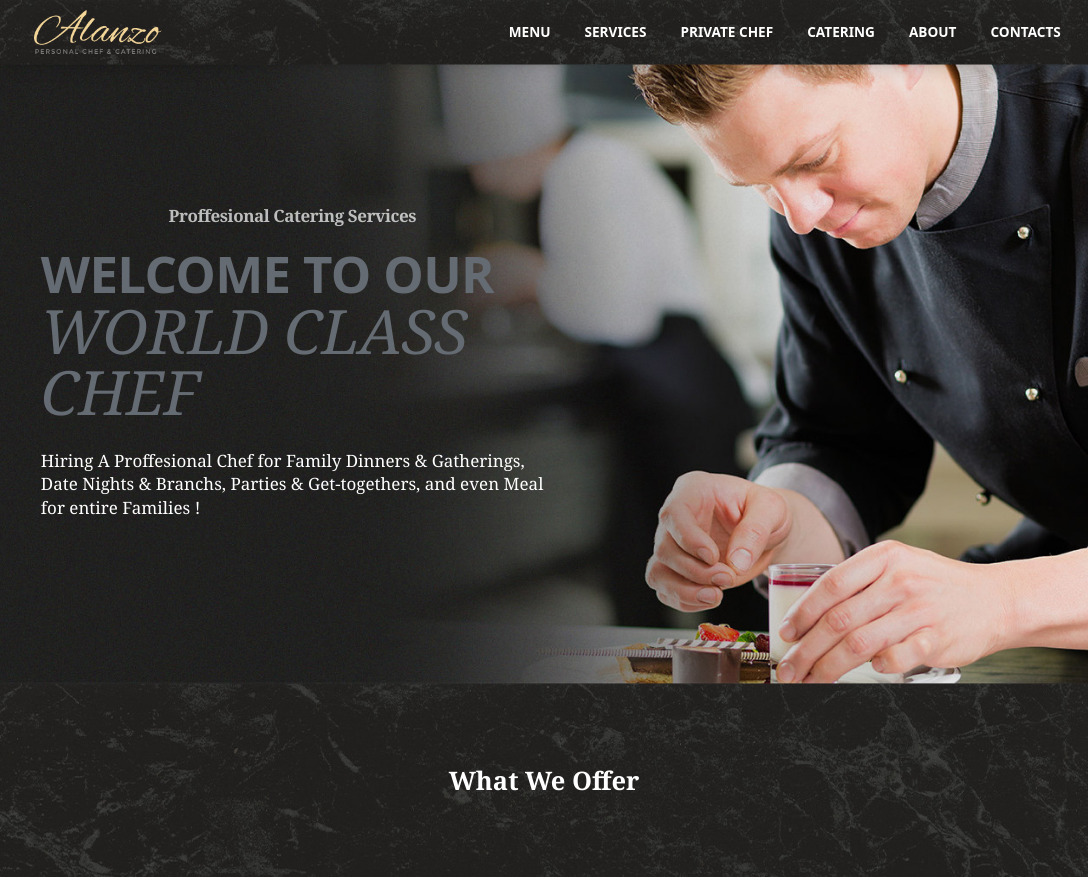
Repository: remydev47/alanzo
Page: /
The author's editor kept a copy of each file at every save. The page is drawn from the files as they stood at one save, then again after the next save.
The browser window is 1280 px wide. The pictures show the whole page, at 85% of full size.
The project was rebuilt for these pictures with package versions that can differ from the ones it lists, and the page was loaded fresh each time. The framework's server and built-in components were replaced by stand-ins that run in the browser. Also part of the build but not shown: next.config.js, components/Aboutus.tsx, components/Consulting.tsx, components/Catering.tsx, components/Menu.tsx, components/Testimonials.tsx, components/CTA.tsx, components/Footer.tsx.

Above is the page before, as saved 2022-12-17 11:59:03.

After the next save:
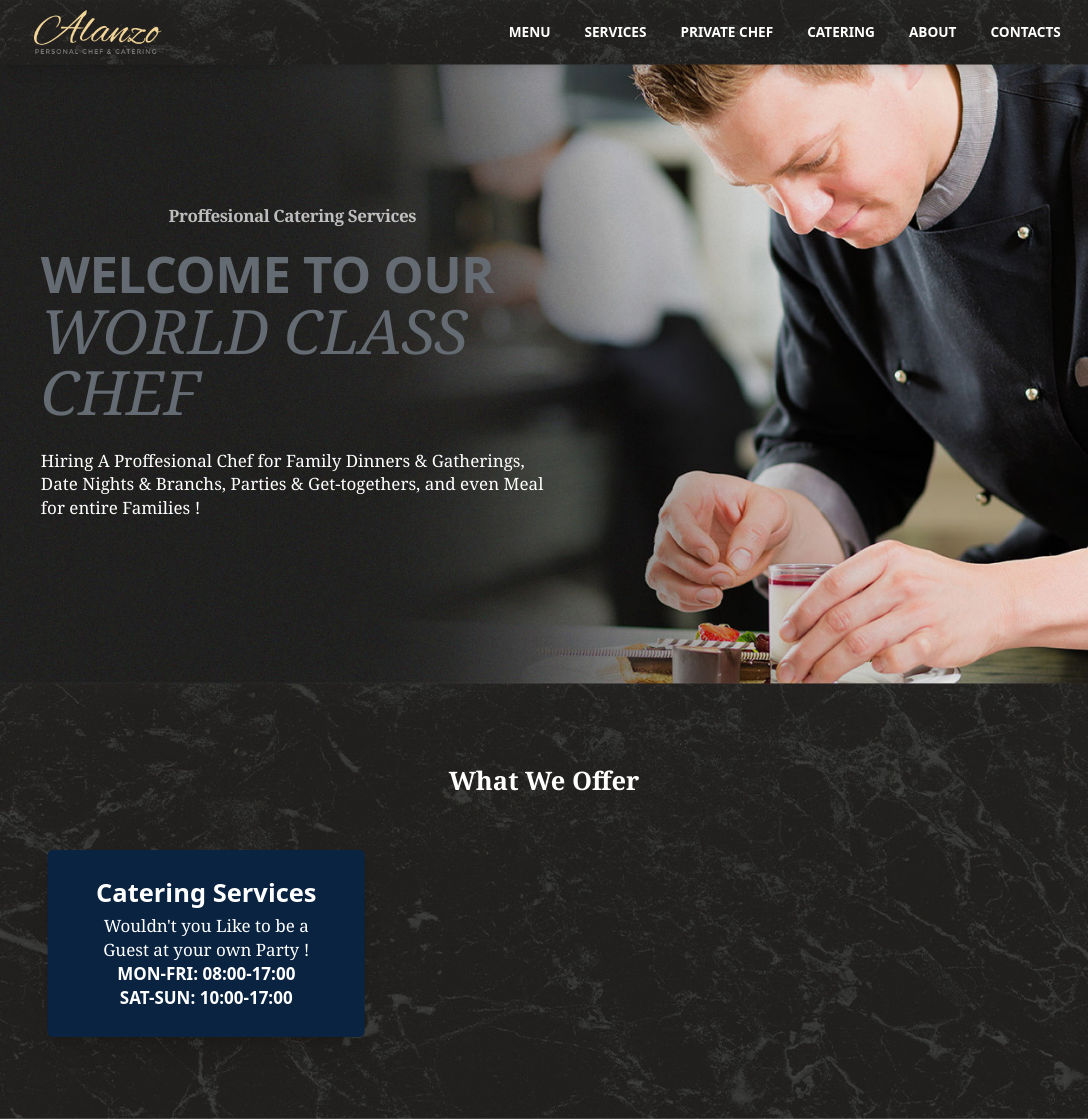
Saved 5 min 3 s later.
--- a/components/Services.tsx
+++ b/components/Services.tsx
@@ -8,6 +8,27 @@
        <div className="max-w-2xl mx-auto text-center">
         <h2 className="text-xl font-bold font-serif leading-tight text-white lg:text-3xl">What We Offer</h2>
        </div>
+
+       <div className="grid max-w-md grid-cols-1 gap-6 mx-auto mt-8 text-center lg:max-w-full lg:mt-16 lg:grid-cols-3">
+
+        <div className="overflow-hidden bg-[#092341] shadow-xl border-gray-300 rounded-md">
+          <div className="p-8 xl:px-12 flex flex-col items-center justify-center">
+             <div className='flex flex-col'>
+               <h1 className='text-3xl font-semibold text-white'>Catering Services</h1>
+             </div>
+             <h2 className='font-normal text-xl font-serif text-white text-center mt-2'>
+               Wouldn't you Like to be a Guest at your own Party !
+             </h2>
+             <p className='text-xl text-white text-center font-bold'>
+               MON-FRI: 08:00-17:00
+             </p>
+             <p className='text-xl text-white text-center font-bold'>
+               SAT-SUN: 10:00-17:00
+             </p>
+          </div>
+        </div>
+
+       </div>
       </div>
     </section>
   )
